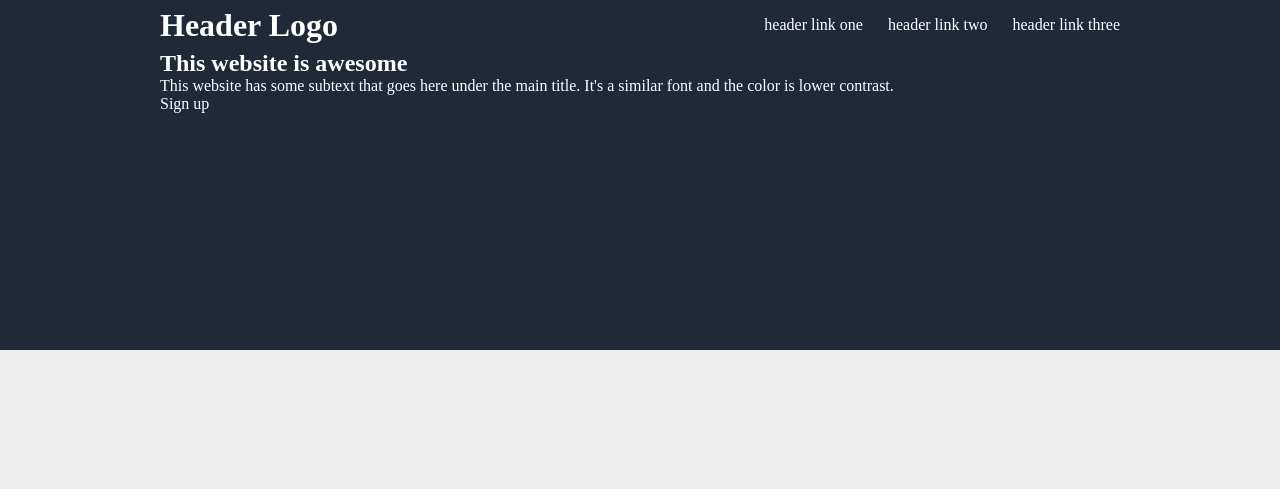
Repository: Pafestivo/Dummy-Landing-Page
Page: index.html
These files come from the project's save history. The page is drawn as it stood at one moment and after a run of saves; the edit follows.
The browser window is 1280 px wide. The pictures show the whole page.

Above is the page before, as saved 2022-09-26 17:52:47.

### index.html
<!DOCTYPE html>
<html lang="en">
<head>
    <meta charset="UTF-8">
    <meta name="viewport" content="width=device-width, initial-scale=1.0">
    <link rel="stylesheet" href="styles.css">
    <title>Landing Page</title>
</head>
<body>
    <header>
        <div class="container">
            <h1>Header Logo</h1>
            <nav>
                <a href="#">header link one</a>
                <a href="#">header link two</a>
                <a href="#">header link three</a>
            </nav>
        </div> <!-- /container-->
    </header>
    <main>
        <section class="first">
            <div class="container">
                <h1>This website is awesome</h1>
                <p>This website has some subtext that goes here under the main title. It's a similar font and the color is lower contrast.</p>
                <a href="#">Sign up</a>
                <img
                    src=""
                    alt=""
                />
            </div> <!-- /container-->
        </section> <!-- /first -->

        <section class="second">
            <div class="container">

            </div> <!-- /container-->
        </section> <!-- /second -->

        <section class="third">
            <div class="container">

            </div> <!-- /container-->
        </section> <!-- /third -->

        <section class="fourth">
            <div class="container">

            </div> <!-- /container-->
        </section> <!-- /fourth -->

        <footer>

        </footer>
    </main>
</body>
</html>

### styles.css
* {
  padding: 0;
  margin: 0;
  box-sizing: border-box;
}

body {
  font-family: serif;
  background-color: #eee;
}

.container {
  width: 75vw;
  margin: 0 auto;
}

a {
  text-decoration: none;
  color: inherit;
}

/* header bar */
header {
  display: flex;
  align-items: center;
  background-color: #1F2937;
  color: #fff;
  height: 50px;
}

header .container {
  display: flex;
  justify-content: space-between;
}

header nav {
  display: flex;
  align-items: center;
  gap: 25px;
}
/* End header bar  */

/* First section  */
.first {
  background-color: #1F2937;
  height: 300px;
  color: #fff;
}
/* End first section  */

After the next 2 saves:
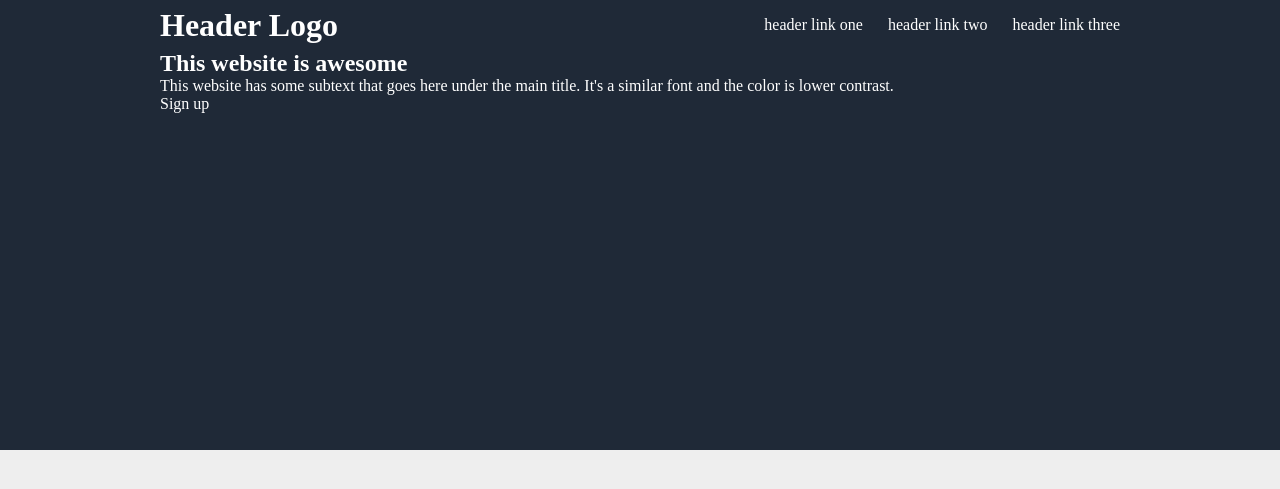
The 2 saves are shown as one change because they came seconds apart.
The last was saved 18 s later.
--- a/styles.css
+++ b/styles.css
@@ -43,7 +43,7 @@ header nav {
 /* First section  */
 .first {
   background-color: #1F2937;
-  height: 300px;
+  height: 400px;
   color: #fff;
 }
 /* End first section  */
